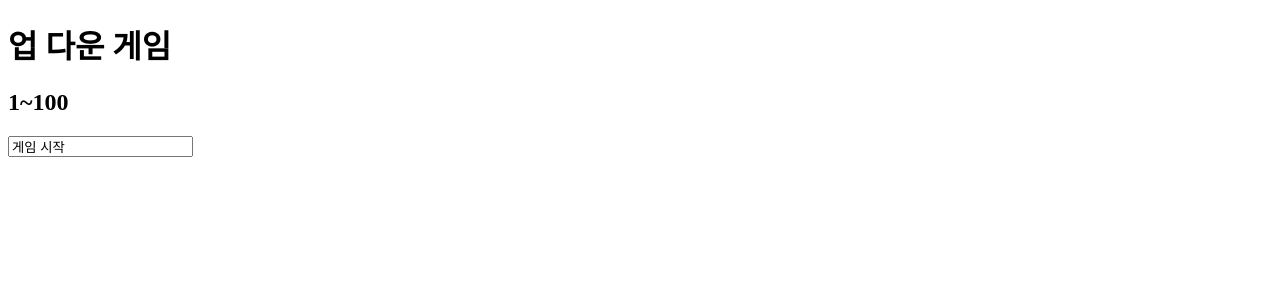
Repository: Hara-JS/hara
Page: http://localhost/jsp_01_basic_test/_06_01_sessionUpdown/index.jsp
The author's editor kept a copy of each file at every save. The page is drawn from the files as they stood at one save, then again after the next save.
The browser window is 1280 px wide. The pictures show the whole page.
The page is served by Tomcat 9.

Above is the page before, as saved 2024-08-12 09:43:09.

After the next save:
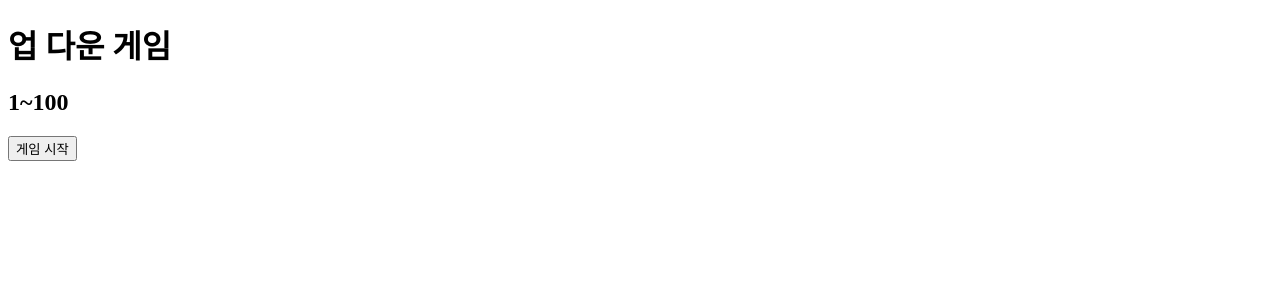
Saved 18 s later.
--- a/새 폴더/jsp_01_basic_test/src/main/webapp/_06_01_sessionUpdown/index.jsp
+++ b/새 폴더/jsp_01_basic_test/src/main/webapp/_06_01_sessionUpdown/index.jsp
@@ -22,7 +22,7 @@
 	<h1>업 다운 게임</h1>
 	<h2>1~100</h2>
 
-	<a href="updown.jsp"><input type="butten" value="게임 시작"></a>
+	<a href="updown.jsp"><input type="button" value="게임 시작"></a>
 
 </body>
 </html>
